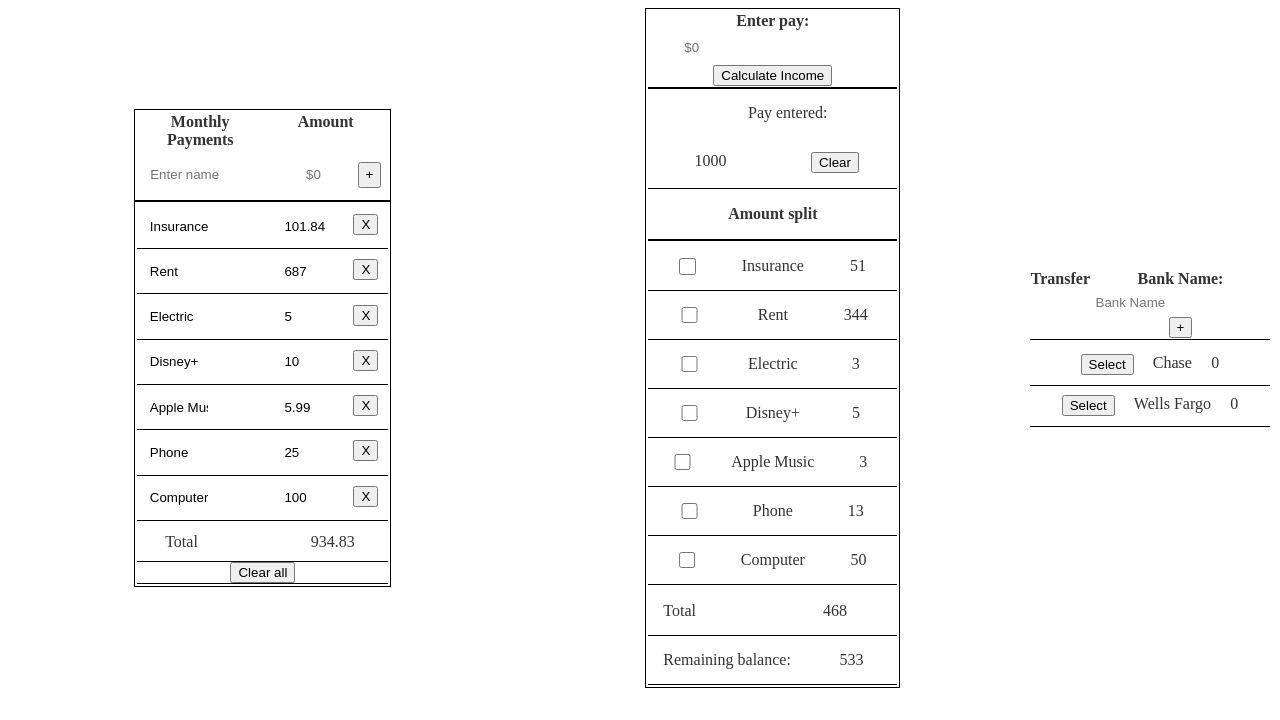
Repository: Kayla-amr/final-project-vue
Page: /
These files come from the project's save history. The page is drawn as it stood at one moment and after the next save; the edit follows.
The browser window is 1280 px wide. The pictures show the whole page.
The project was rebuilt for these pictures with package versions that can differ from the ones it lists, and the page was loaded fresh each time. Also part of the build but not shown: vite.config.js.

Above is the page before, as saved 2023-04-11 17:36:34.

After the next save:
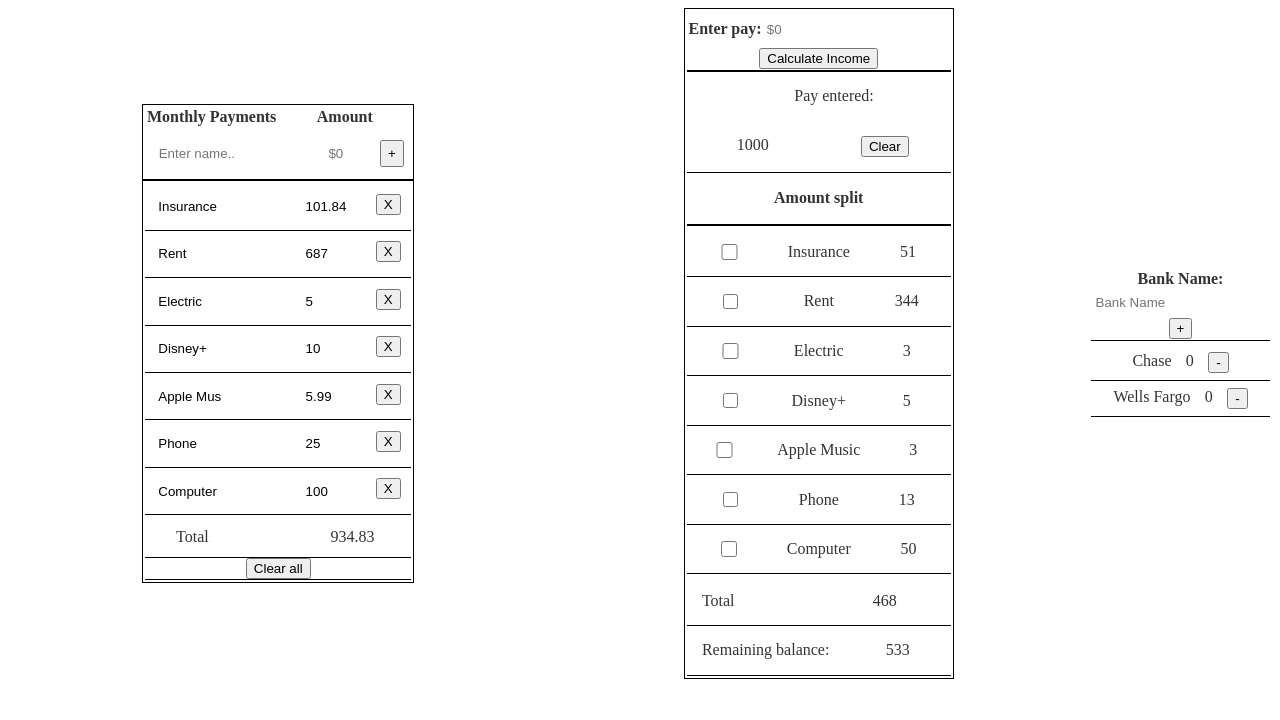
Saved 31 s later.
--- a/src/components/BankTransfer.vue
+++ b/src/components/BankTransfer.vue
@@ -4,9 +4,6 @@
             <table>
                 <thead>
                     <tr>
-                        <th>
-                            Transfer
-                        </th>
                         <th>
                             <label for="name">Bank Name:</label>
                             <input type="text" id="bankName" v-model="bank.name" placeholder="Bank Name" />
@@ -20,16 +17,11 @@
     <div>
         <table>
             <tbody>
-
-                <tr v-for="bank in banks" :key="bank.id" @click="selectBank(bank)">
-                    <td>
-                        <button @click="selectBank(bank)">Select</button>
-
-                    </td>
+                <tr v-for="bank in banks" :key="bank.id">
                     <td>{{ bank.name }}</td>
                     <td>{{ bank.amount }}</td>
+                    <td> <button type="delete" @click="removeBank(bank.id)">-</button></td>
                 </tr>
-
             </tbody>
         </table>
     </div>
@@ -44,7 +36,10 @@ export default {
     emits: ['add:bank'],
     computed: {
         total() {
-            return this.banks.reduce((total, bank) => total + bank.amount, 0)
+            return this.banks.reduce((total, bank) => {
+                return total + bank.amount
+            }, 0)
+
         }
 
     },
@@ -53,9 +48,7 @@ export default {
             bank: {
                 name: '',
                 amount: 0
-            },
-            selectedBudget: null,
-            selectedBank: null,
+            }
         }
     },
     methods: {
@@ -64,19 +57,13 @@ export default {
             // eslint-disable-next-line vue/no-mutating-props
             this.banks.splice(index, 1)
         },
-        handleSubmit() {
+        handleSubmit(){
             this.$emit('add:bank', this.bank)
             this.bank = {
                 name: "",
                 amount: 0
             }
         },
-        selectBudget(budget) {
-            this.selectedBudget = budget;
-        },
-        selectBank(bank) {
-            this.selectedBank = bank;
-        }
 
     }
 }
